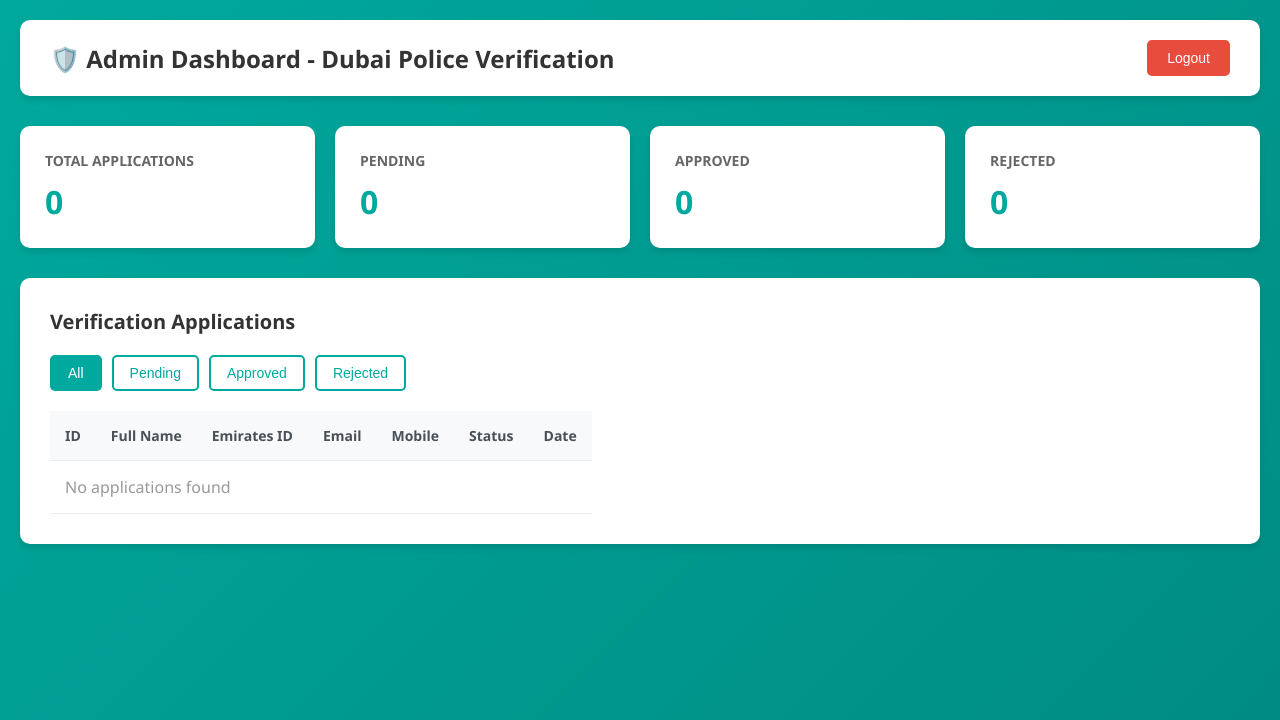
Repository: liamt1468-gif/damp
Page: admin/index.html
An editor plug-in stored every save of this project. The page is shown before and after a run of saves, followed by the edit.
The browser window is 1280 px wide. The pictures show the whole page.

Above is the page before, as saved 2025-11-14 04:25:04.

After the next 2 saves:
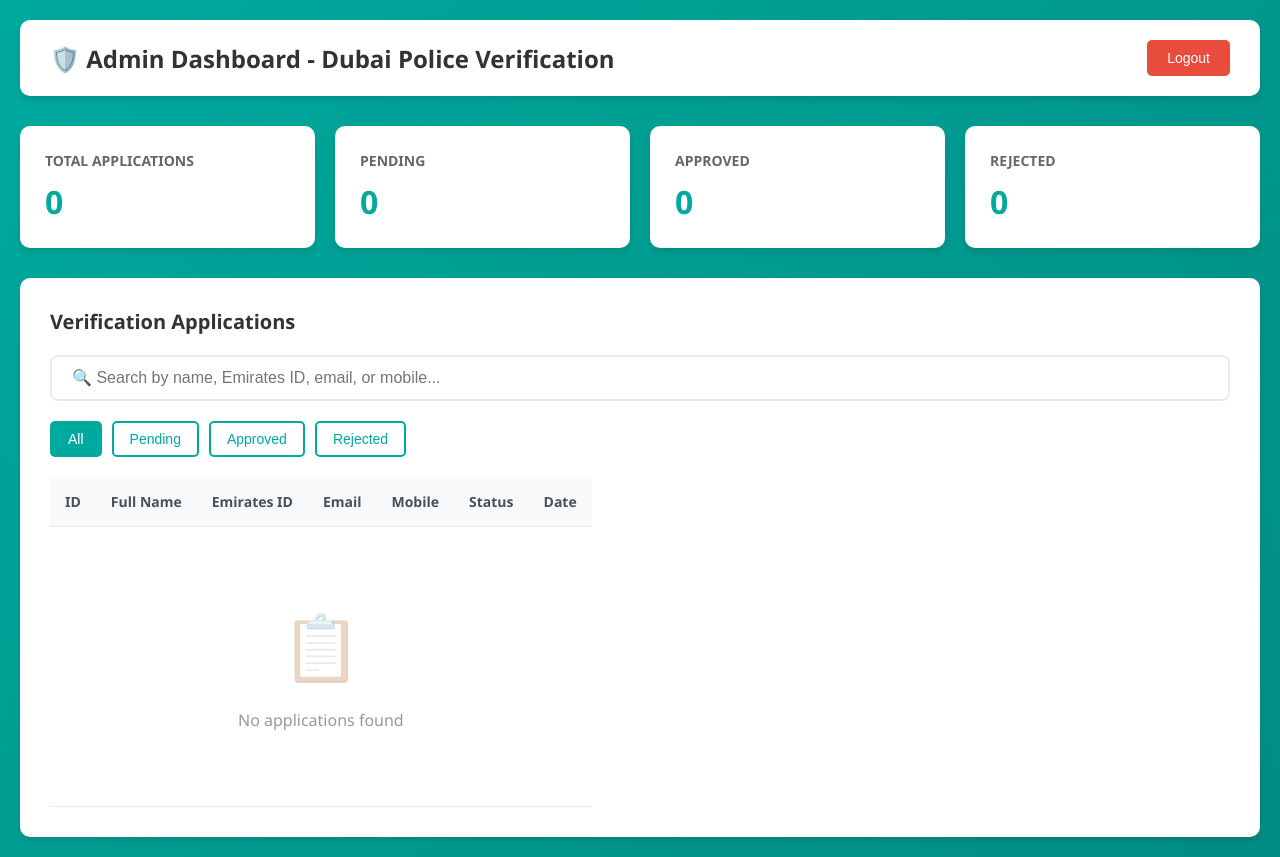
The 2 saves are shown as one change because they came seconds apart.
The last was saved 25 s later.
--- a/admin/index.html
+++ b/admin/index.html
@@ -411,6 +411,10 @@
 
         <div class="applications">
             <h2>Verification Applications</h2>
+
+            <div class="search-box">
+                <input type="text" id="searchInput" placeholder="🔍 Search by name, Emirates ID, email, or mobile..." onkeyup="searchApplications()">
+            </div>
 
             <div class="filters">
                 <button class="filter-btn active" onclick="filterApplications('all')">All</button>
@@ -454,6 +458,7 @@
     <script>
         let applications = [];
         let currentFilter = 'all';
+        let searchQuery = '';
 
         // Load applications from localStorage
         function loadApplications() {
@@ -476,27 +481,49 @@
             document.getElementById('rejectedCount').textContent = rejected;
         }
 
+        // Search applications
+        function searchApplications() {
+            searchQuery = document.getElementById('searchInput').value.toLowerCase();
+            renderApplications();
+        }
+
         // Render applications table
         function renderApplications() {
             const tbody = document.getElementById('applicationsList');
             let filtered = applications;
 
+            // Apply status filter
             if (currentFilter !== 'all') {
-                filtered = applications.filter(a => a.status === currentFilter);
+                filtered = filtered.filter(a => a.status === currentFilter);
+            }
+
+            // Apply search filter
+            if (searchQuery) {
+                filtered = filtered.filter(a =>
+                    (a.fullName && a.fullName.toLowerCase().includes(searchQuery)) ||
+                    (a.emiratesId && a.emiratesId.toLowerCase().includes(searchQuery)) ||
+                    (a.email && a.email.toLowerCase().includes(searchQuery)) ||
+                    (a.mobileNumber && a.mobileNumber.toLowerCase().includes(searchQuery))
+                );
             }
 
             if (filtered.length === 0) {
-                tbody.innerHTML = '<tr><td colspan="7" class="no-data">No applications found</td></tr>';
+                tbody.innerHTML = `<tr><td colspan="7" class="no-data">
+                    <div class="empty-state">
+                        <div class="empty-state-icon">📋</div>
+                        <p>${searchQuery ? 'No applications match your search' : 'No applications found'}</p>
+                    </div>
+                </td></tr>`;
                 return;
             }
 
             tbody.innerHTML = filtered.map(app => `
                 <tr onclick="showDetails('${app.id}')">
                     <td>${app.id.substring(0, 8)}</td>
-                    <td>${app.fullName}</td>
-                    <td>${app.emiratesId}</td>
-                    <td>${app.email}</td>
-                    <td>${app.mobileNumber}</td>
+                    <td>${app.fullName || 'N/A'}</td>
+                    <td>${app.emiratesId || 'N/A'}</td>
+                    <td>${app.email || 'N/A'}</td>
+                    <td>${app.mobileNumber || 'N/A'}</td>
                     <td><span class="status ${app.status}">${app.status.toUpperCase()}</span></td>
                     <td>${new Date(app.timestamp).toLocaleDateString()}</td>
                 </tr>
